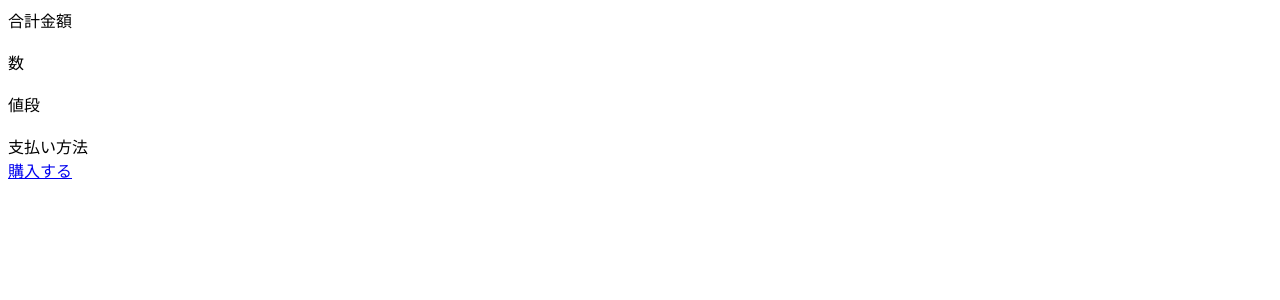
Repository: kousuke-2047/test
Page: http://localhost/Rensyu/buyItemconfirm.jsp
These files come from the project's save history. The page is drawn as it stood at one moment and after the next save; the edit follows.
The browser window is 1280 px wide. The pictures show the whole page.
The page is served by Tomcat 9. Other server files are loaded and not shown.

Above is the page before, as saved 2018-06-07 04:46:25.

### Rensyu/WebContent/buyItemconfirm.jsp
<%@ page language="java" contentType="text/html; charset=UTF-8"
    pageEncoding="UTF-8"%>
<%@ taglib prefix ="s" uri="/struts-tags" %>
<!DOCTYPE html>
<html>
<head>
	<meta http-equiv="Content-Type" content="text/html; charset=UTF-8">
	<meta http-equiv="Content-Style-Type" content="text/css"/>
	<meta http-equiv="Content-Script-Type" content= "text/javascript" />
	<meta http-equiv="imagetoolbar" content= "no" />
	<meta name = "description" content="" />
	<meta name="keywords" content="" />
<title>確認画面</title>
</head>
<body>
	合計金額<br>
	<s:property value ="session.total"/>
	<br>
	数<br>
	<s:property value ="session.count"/>
	<br>
	値段<br>
	<s:property value ="session.ItemPrice"/>
	<br>
	支払い方法<br>
	<s:property value ="session.pay"/>

	<a href ='<s:url action ="BuyItemCompleteAction"/>' >購入する</a>

</body>
</html>

After the next save:
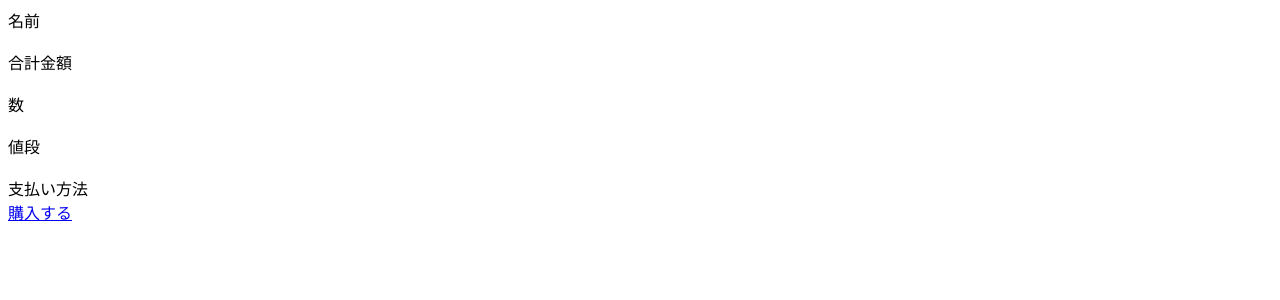
Saved 102 s later.
--- a/Rensyu/WebContent/buyItemconfirm.jsp
+++ b/Rensyu/WebContent/buyItemconfirm.jsp
@@ -13,6 +13,10 @@
 <title>確認画面</title>
 </head>
 <body>
+
+	名前<br>
+	<s:property value ="session.ItemName"/>
+	<br>
 	合計金額<br>
 	<s:property value ="session.total"/>
 	<br>
